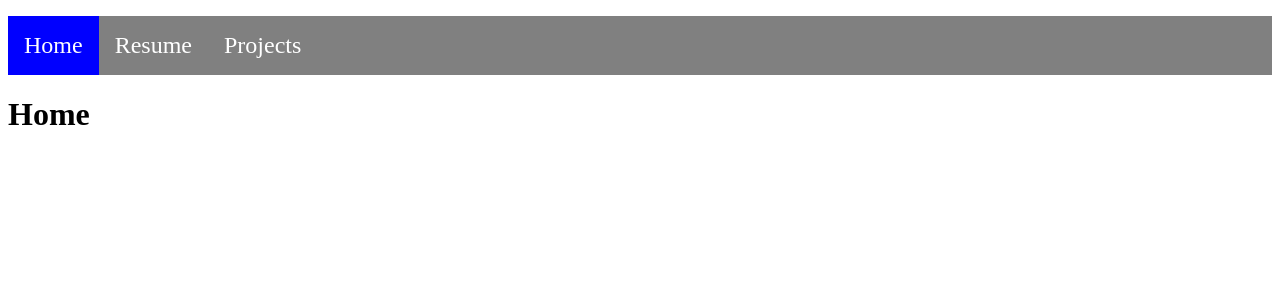
Repository: ChristianCain/ChristianCain.github.io
Page: index.html
The author's editor kept a record of every edit. The page is drawn from the files as they stood at one moment, then again after the next edit.
The browser window is 1280 px wide. The pictures show the whole page.

Above is the page before.

### index.html
<!DOCTYPE html>
<html>
    <head>

        <title>All</title>

        <link rel="stylesheet" type="text/css" href="style.css">

    </head>
    <body>
        <ul class="navbar">
            <li class="active"><a href="index.html">Home</a></li>
            <li><a href="resume.html">Resume</a></li>
            <li class = "dropdown"</li>
                <div>Projects</div>
                <ul class="dropdown-content">
                    <li><a href="#">Project 1</a></li>
                    <li><a href="#">Project 2</a></li>
                    <li><a href="#">Project 3</a></li>

                </ul>


        </ul>

        <h1>Home</h1>


    </body>
</html>

### style.css



            .navbar{
            list-style: none;
            background-color: gray;
            overflow: hidden;
            padding: 0;
            }


            .navbar a, .dropdown div{
                text-decoration: none;
                color: white;
                font-size: 24px;
                padding: 16px;
                display: inline-block;

            }

            .navbar li{
                float: left;
            }

            .navbar li:hover{
                background-color:pink;
            }

            .dropdown-content{
                list-style: none;
                padding: 0;
                display: none;
                position: absolute;
                z-index: 1;
                background-color: black;

            }

            .dropdown-content li{
                float: none;
            }

            .dropdown:hover .dropdown-content{
                display: block;
            }

            .active{
                background-color: blue;
            }

            .fontnone{
                font-style: none;
            }

            .spacing{
                padding: 0px;
            }

After the next edit:
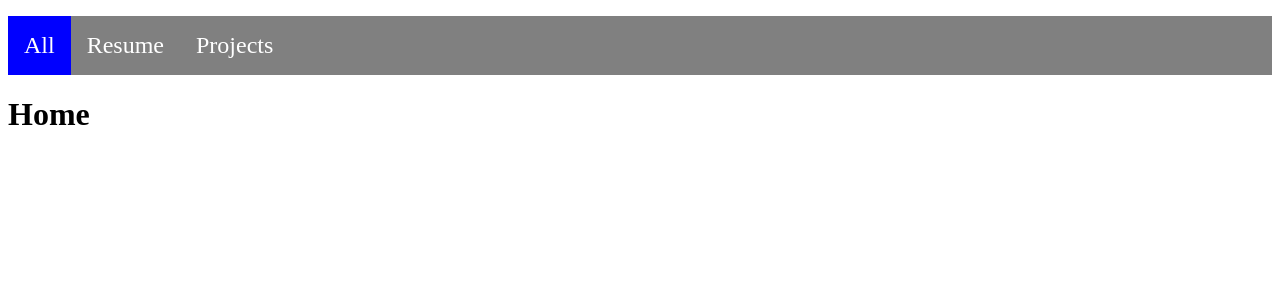
The edit:
--- a/index.html
+++ b/index.html
@@ -9,7 +9,7 @@
     </head>
     <body>
         <ul class="navbar">
-            <li class="active"><a href="index.html">Home</a></li>
+            <li class="active"><a href="index.html">All</a></li>
             <li><a href="resume.html">Resume</a></li>
             <li class = "dropdown"</li>
                 <div>Projects</div>
